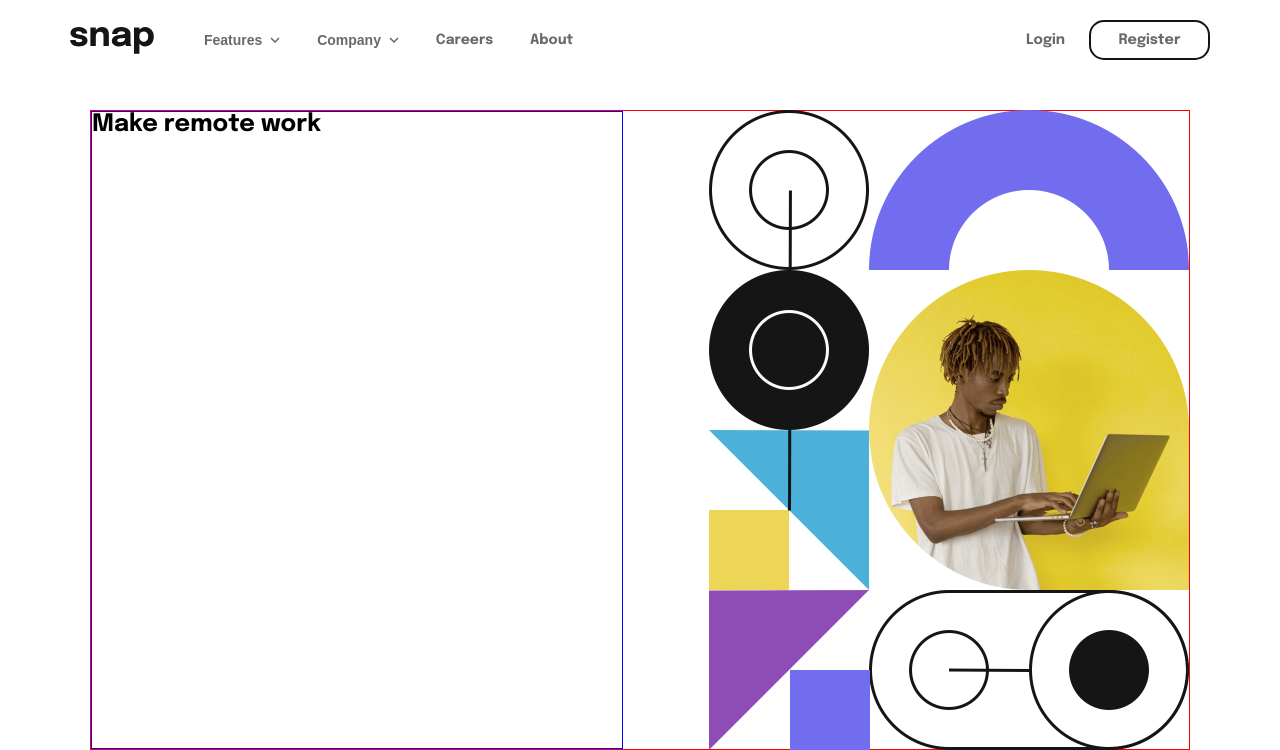
Repository: KamoliddinGIT/intro-section-with-dropdown
Page: index.html
These files come from the project's save history. The page is drawn as it stood at one moment and after the next save; the edit follows.
The browser window is 1280 px wide. The pictures show the whole page.

Above is the page before, as saved 2023-09-24 17:45:59.

### index.html
<!DOCTYPE html>
<html lang="en">
  <head>
    <meta charset="UTF-8" />
    <meta name="viewport" content="width=device-width, initial-scale=1.0" />
    <link
      rel="icon"
      type="image/png"
      sizes="32x32"
      href="./images/favicon-32x32.png"
    />
    <link
      href="https://fonts.googleapis.com/css2?family=Epilogue:wght@500;700&display=swap"
      rel="stylesheet"
    />
    <link rel="stylesheet" href="./css/style.css" />
    <title>Intro section with dropdown navigation</title>
  </head>
  <body>
    <div class="container">
      <div class="header">
        <img src="./images/logo.svg" alt="logo" class="logo" />
        <div class="nav-items">
          <ul class="nav">
            <li>
              <button class="features">
                Features
                <img
                  src="./images/icon-arrow-down.svg"
                  alt="arrow"
                  class="arrow-1"
                />
              </button>
              <ul class="toggle__1" style="display: none">
                <li>
                  <img src="./images/icon-todo.svg" alt="icon" /> Todo List
                </li>
                <li>
                  <img src="./images/icon-calendar.svg" alt="icon" /> Calendar
                </li>
                <li>
                  <img src="./images/icon-reminders.svg" alt="icon" /> Reminders
                </li>
                <li>
                  <img src="./images/icon-planning.svg" alt="icon" /> Planning
                </li>
              </ul>
            </li>
            <li>
              <button class="company">
                Company
                <img
                  src="./images/icon-arrow-down.svg"
                  alt="arrow"
                  class="arrow-2"
                />
              </button>
              <ul class="toggle__2" style="display: none">
                <li>History</li>
                <li>Our Team</li>
                <li>Blog</li>
              </ul>
            </li>
            <li>Careers</li>
            <li>About</li>
          </ul>
          <div class="sign__options">
            <a href="#" class="login">Login</a>
            <a href="#" class="register">Register</a>
          </div>
        </div>
        <div class="hamburgers" onclick="burger()">
          <div class="burger__1" id="b1"></div>
          <div class="burger__1" id="b2"></div>
          <div class="burger__1" id="b3"></div>
        </div>
        <nav class="nav-menu">
          <ul id="nav">
            <li>
              <button class="features" id="features">
                Features
                <img
                  src="./images/icon-arrow-down.svg"
                  alt="arrow"
                  class="arrow-1"
                  id="arrow-1"
                />
              </button>
              <ul class="toggle__1" id="toggle__1" style="display: none">
                <li>
                  <img src="./images/icon-todo.svg" alt="icon" /> Todo List
                </li>
                <li>
                  <img src="./images/icon-calendar.svg" alt="icon" /> Calendar
                </li>
                <li>
                  <img src="./images/icon-reminders.svg" alt="icon" /> Reminders
                </li>
                <li>
                  <img src="./images/icon-planning.svg" alt="icon" /> Planning
                </li>
              </ul>
            </li>
            <li>
              <button class="company" id="company">
                Company
                <img
                  src="./images/icon-arrow-down.svg"
                  alt="arrow"
                  class="arrow-2"
                  id="arrow-2"
                />
              </button>
              <ul class="toggle__2" id="toggle__2" style="display: none">
                <li>History</li>
                <li>Our Team</li>
                <li>Blog</li>
              </ul>
            </li>
            <li>Careers</li>
            <li>About</li>
          </ul>
          <div id="sign__options">
            <a href="#" class="login">Login</a>
            <a href="#" class="register">Register</a>
          </div>
        </nav>
      </div>
      <section class="main">
        <div class="main-info">
          <h1>Make remote work</h1>
        </div>
        <img
          src="./images/image-hero-desktop.png"
          alt="hero-desktop"
          class="main-img"
        />
      </section>
    </div>

    <script src="./js/index.js"></script>
    <script src="./js/main.js"></script>
  </body>
</html>

### css/style.css
* {
  margin: 0;
  padding: 0;
  box-sizing: border-box;
}

body {
  width: 100%;
  height: 100vh;
  display: flex;
  justify-content: center;
  align-items: center;
  padding: 0 50px;
  font-family: "Epilogue", sans-serif;
}

.container {
  display: flex;
  flex-direction: column;
  align-items: center;
  width: 100%;
  height: 100%;
  gap: 30px;
}

/* .login {
  width: 96px;
  height: 30px;
} */

.header {
  position: relative;
  width: 100%;
  padding: 20px;
  display: flex;
  align-items: center;
  gap: 50px;
  font-size: 1.6rem;
  color: #696969;
}

.nav {
  display: flex;
  width: 377px;
  height: 21px;
  align-items: center;
  gap: 2.3rem;
  list-style-type: none;
}

#nav {
  display: flex;
  align-items: start;
  flex-direction: column;
  margin-top: 48px;
  width: 100%;
  height: 132px;
  gap: 1rem;
  list-style-type: none;
}

.features,
.company {
  display: flex;
  flex-direction: row;
  gap: 0.5rem;
  font-weight: 700;
  color: hsl(0, 0%, 41%);
  text-decoration: none;
  align-items: center;
  font-size: 14px;
  transition: all ease-in-out 0.3s;
  cursor: pointer;
  background-color: transparent;
  border: none;
}

.toggle__1 {
  position: absolute;
  top: 4rem;
  width: 133px;
  height: 148px;
  display: flex;
  flex-direction: column;
  align-items: start;
  gap: 1rem;
  border-radius: 10px;
  background-color: #fff;
  padding: 1rem;
  box-shadow: -2px 10px 24px -11px rgba(0, 0, 0, 0.62);
  -webkit-box-shadow: -2px 10px 24px -11px rgba(0, 0, 0, 0.62);
  -moz-box-shadow: -2px 10px 24px -11px rgba(0, 0, 0, 0.62);
  z-index: 1;
}

.toggle__1 li {
  display: flex;
  gap: 1rem;
  align-items: center;
}

#features,
#company {
  display: flex;
  flex-direction: row;
  gap: 0.5rem;
  font-weight: 700;
  color: hsl(0, 0%, 41%);
  text-decoration: none;
  align-items: center;
  font-size: 14px;
  transition: all ease-in-out 0.3s;
  cursor: pointer;
  background-color: transparent;
  border: none;
}

#toggle__1 {
  position: absolute;
  top: 5.5rem;
  width: 133px;
  height: 148px;
  display: flex;
  flex-direction: column;
  align-items: start;
  gap: 1rem;
  border-radius: 10px;
  background-color: #fff;
  padding: 1rem;
  box-shadow: -2px 10px 24px -11px rgba(0, 0, 0, 0.62);
  -webkit-box-shadow: -2px 10px 24px -11px rgba(0, 0, 0, 0.62);
  -moz-box-shadow: -2px 10px 24px -11px rgba(0, 0, 0, 0.62);
  z-index: 1;
}

#toggle__1 li {
  display: flex;
  gap: 1rem;
  align-items: center;
}

li {
  display: flex;
  flex-direction: row;
  gap: 0.5rem;
  font-weight: 700;
  color: hsl(0, 0%, 41%);
  text-decoration: none;
  align-items: center;
  font-size: 14px;
  transition: all ease-in-out 0.3s;
  cursor: pointer;
  background-color: transparent;
  border: none;
}

.nav-items {
  width: 1210px;
  height: 40px;
  display: flex;
  align-items: center;
  justify-content: space-between;
}

.sign__options {
  width: 184px;
  height: 40px;
  display: flex;
  justify-content: space-between;
  align-items: center;
}

.login {
  background-color: transparent;
  border: none;
  color: hsl(0, 0%, 41%);
  font-size: 0.9rem;
  font-weight: 700;
  cursor: pointer;
  transition: all ease-in-out 0.3s;
  text-decoration: none;
}

.login:hover {
  color: black;
}

.register {
  display: flex;
  justify-content: center;
  align-items: center;
  width: 121px;
  height: 40px;
  border: 2px solid hsl(0, 0%, 8%);
  transition: all ease-in-out 0.3s;
  background-color: transparent;
  color: hsl(0, 0%, 41%);
  text-decoration: none;
  padding: 0.5rem 1.35rem;
  border-radius: 15px;
  font-size: 0.9rem;
  font-weight: 700;
  cursor: pointer;
}

.register:hover {
  border-color: hsl(0, 0%, 41%);
  color: hsl(0, 0%, 41%);
}

.features:hover {
  color: black;
}

.company:hover {
  color: black;
}

.toggle__1 li:hover {
  cursor: pointer;
  color: black;
}

.toggle__2 li:hover {
  cursor: pointer;
  color: black;
}

ul li:hover {
  color: black;
}

.toggle__2 {
  width: 100px;
  height: 121px;
  display: flex;
  flex-direction: column;
  justify-content: center;
  align-items: start;
  gap: 1rem;
  border-radius: 10px;
  position: absolute;
  background-color: white;
  padding: 1rem;
  top: 4rem;
  box-shadow: -2px 10px 24px -11px rgba(0, 0, 0, 0.62);
  -webkit-box-shadow: -2px 10px 24px -11px rgba(0, 0, 0, 0.62);
  -moz-box-shadow: -2px 10px 24px -11px rgba(0, 0, 0, 0.62);
  z-index: 1;
}

#toggle__2 {
  width: 100px;
  height: 121px;
  display: flex;
  flex-direction: column;
  justify-content: center;
  align-items: start;
  gap: 1rem;
  border-radius: 10px;
  position: absolute;
  background-color: white;
  padding: 1rem;
  top: 7rem;
  box-shadow: -2px 10px 24px -11px rgba(0, 0, 0, 0.62);
  -webkit-box-shadow: -2px 10px 24px -11px rgba(0, 0, 0, 0.62);
  -moz-box-shadow: -2px 10px 24px -11px rgba(0, 0, 0, 0.62);
  z-index: 1;
}

.hamburgers {
  position: absolute;
  top: -25px;
  right: -5px;
  display: none;
  flex-direction: column;
  justify-content: center;
  align-items: center;
  width: 50px;
  height: 50px;
  margin-right: 50px;
  margin-top: 29px;
  z-index: 9999;
}
.hamburgers:hover {
  cursor: pointer;
}
.burger__1:nth-child(1) {
  width: 40px;
  height: 4px;
  border: 1px solid #000;
  border-radius: 20px;
  margin-top: 5px;
  background-color: #000;
}
.burger__1:nth-child(3) {
  width: 40px;
  height: 4px;
  border: 1px solid #000;
  border-radius: 20px;
  margin-top: 5px;
  background-color: #000;
}

#b2 {
  width: 40px;
  height: 4px;
  border: 1px solid #000;
  border-radius: 20px;
  margin-top: 5px;
  background-color: #000;
}

.nav-menu {
  display: none;
  flex-direction: column;
  align-items: start;
  justify-content: start;
  max-width: 633px;
  width: 100%;
  height: 598px;
  position: fixed;
  padding: 1rem;
  background-color: white;
  height: 100%;
  right: 0;
  top: 0;
  gap: 2rem;
}

.sign__options {
  width: 184px;
  height: 78px;
  display: flex;
  justify-content: space-between;
  text-align: center;
  align-items: center;
}

#sign__options {
  width: 161px;
  height: 78px;
  margin: 0 auto;
  display: flex;
  flex-direction: column;
  justify-content: space-around;
  text-align: center;
  align-items: center;
}

/* -------------------main-starts----------------- */

.main {
  width: 1100px;
  height: 640px;
  border: 1px solid red;
  display: flex;
  align-items: center;
  justify-content: space-between;
}

.main-info {
  width: 532px;
  height: 100%;
  border: 1px solid blue;
}

.main-img {
  width: 480px;
  height: 640px;
}

/* -------------------main-ends------------------- */

/* ------------media-starts-------------- */

@media only screen and (max-width: 1100px) {
  .nav-items {
    display: none;
  }
  .hamburgers {
    display: flex;
  }
}

@media only screen and (min-width: 1100px) {
  .nav-menu {
    display: none;
  }
}

/* --------------media-ends------------ */

### js/index.js
"use strict";

let features = document.querySelector(".features"),
  arrow1 = document.querySelector(".arrow-1"),
  toggle1 = document.querySelector(".toggle__1");

let onOff = false;

features.addEventListener("click", () => {
  if (onOff === false) {
    arrow1.src = "../images/icon-arrow-up.svg";
    toggle1.style.cssText = "display: flex";
    toggle2.style.cssText = "display: none";
    onOff = true;
  } else {
    arrow1.src = "../images/icon-arrow-down.svg";
    toggle1.style.cssText = "display: none";
    onOff = false;
  }
});

let company = document.querySelector(".company"),
  arrow2 = document.querySelector(".arrow-2"),
  toggle2 = document.querySelector(".toggle__2");

let onOff2 = false;

company.addEventListener("click", () => {
  if (onOff2 === false) {
    arrow2.src = "../images/icon-arrow-up.svg";
    toggle2.style.cssText = "display: flex";
    toggle1.style.cssText = "display: none";

    onOff2 = true;
  } else {
    arrow2.src = "../images/icon-arrow-down.svg";
    toggle2.style.cssText = "display: none";
    onOff2 = false;
  }
});

// hamburger //
let nav_menu = document.querySelector(".nav-menu");
let over1 = document.querySelector("#over1");
let over2 = document.querySelector("#over2");
let over3 = document.querySelector("#over3");
let over4 = document.querySelector("#over4");

let a1 = document.querySelector(".a1");
let a2 = document.querySelector(".a2");
let a3 = document.querySelector(".a3");
let a4 = document.querySelector(".a4");
let b1 = document.querySelector("#b1");
let b2 = document.querySelector("#b2");
let b3 = document.querySelector("#b3");
let body = document.body;

let Click = true;
function burger() {
  if (Click) {
    nav_menu.style.cssText = "display: flex;";
    body.style.cssText =
      "background-color: rgba(6, 6, 6, 0.15);  backdrop-filter: blur(3px);";
    b1.style.cssText =
      " transform: rotate(45deg); width: 40px;  position: absolute;";
    b3.style.cssText =
      " transform: rotate(-45deg); width: 40px;  position: absolute;";
    b2.style.cssText =
      "margin-right: border-color: white; background-color: white; border: none;";
    Click = false;
  } else {
    nav_menu.style.cssText = "display: none;";
    body.style.cssText = "background-color: white;  backdrop-filter: blur(0);";
    b1.style.cssText = " transform: rotate(0deg); width: 40px;";
    b3.style.cssText = " transform: rotate(0deg); width: 40px;";
    b2.style.cssText = "background-color: black";
    Click = true;
  }
}

### js/main.js
"use strict";

let features1 = document.querySelector("#features"),
  arrow_1 = document.querySelector("#arrow-1"),
  toggle_1 = document.querySelector("#toggle__1");

let onOff1 = false;

features1.addEventListener("click", () => {
  if (onOff1 === false) {
    arrow_1.src = "../images/icon-arrow-up.svg";
    toggle_1.style.cssText = "display: flex";
    toggle_2.style.cssText = "display: none";
    onOff1 = true;
  } else {
    arrow_1.src = "../images/icon-arrow-down.svg";
    toggle_1.style.cssText = "display: none";
    onOff1 = false;
  }
});

let company_1 = document.querySelector("#company"),
  arrow_2 = document.querySelector("#arrow-2"),
  toggle_2 = document.querySelector("#toggle__2");

let onOff_2 = false;

company_1.addEventListener("click", () => {
  if (onOff_2 === false) {
    arrow_2.src = "../images/icon-arrow-up.svg";
    toggle_2.style.cssText = "display: flex";
    toggle_1.style.cssText = "display: none";

    onOff_2 = true;
  } else {
    arrow_2.src = "../images/icon-arrow-down.svg";
    toggle_2.style.cssText = "display: none";
    onOff_2 = false;
  }
});

After the next save:
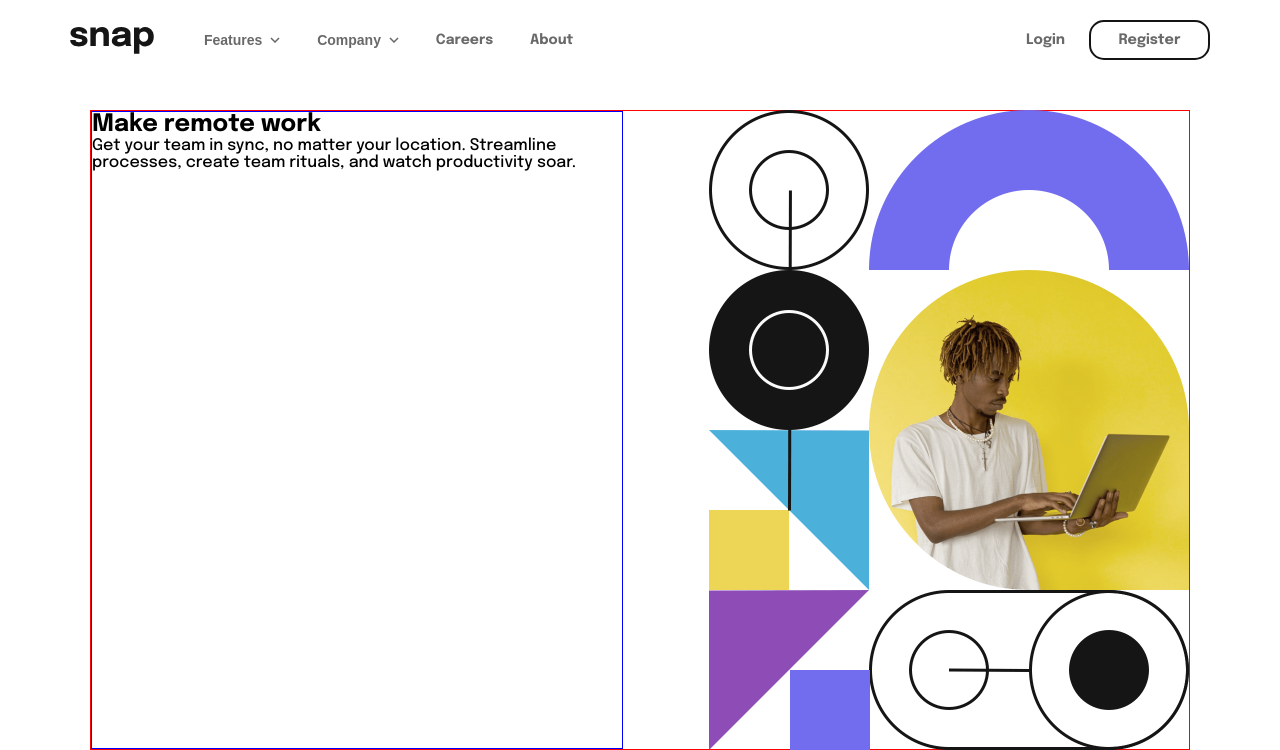
Saved 8 s later.
--- a/index.html
+++ b/index.html
@@ -129,6 +129,10 @@
       <section class="main">
         <div class="main-info">
           <h1>Make remote work</h1>
+          <p>
+            Get your team in sync, no matter your location. Streamline
+            processes, create team rituals, and watch productivity soar.
+          </p>
         </div>
         <img
           src="./images/image-hero-desktop.png"
